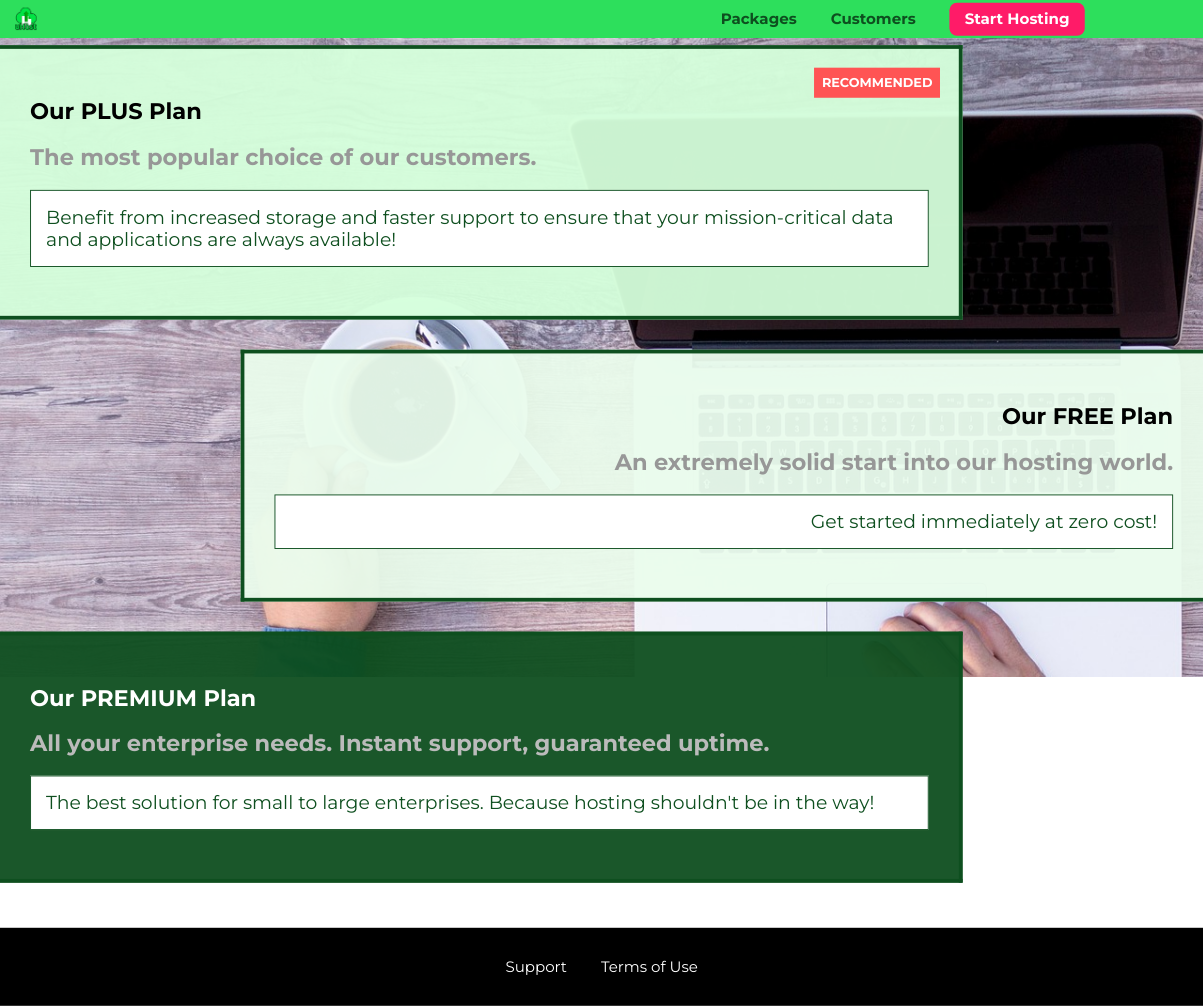
Repository: Nowacki97PL/UdemyCSS
Page: packages/index.html
These files come from the project's save history. The page is drawn as it stood at one moment and after the next save; the edit follows.
The browser window is 1280 px wide. The pictures show the whole page, at 94% of full size.

Above is the page before, as saved 2023-11-19 16:37:31.

### packages/index.html
<!DOCTYPE html>
<html lang="en">

<head>
    <meta charset="UTF-8">
    <meta http-equiv="X-UA-Compatible" content="ie=edge">
    <title>uHost</title>
    <link rel="shortcut icon" href="/images/favicon.png">
    <link href="https://fonts.googleapis.com/css?family=Montserrat:400,700" rel="stylesheet">
    <link rel="stylesheet" href="../shared.css">
    <link rel="stylesheet" href="packages.css">
</head>

<body>
    <div class="backdrop"></div>
    <div class="background"></div>
    <header class="main-header">
        <div>
            <a href="../index.html" class="main-header__brand">
                <img src="../images/uhost-icon.png" alt="logo">
            </a>
        </div>
        <nav class="main-nav">
            <ul class="main-nav__items">
                <li class="main-nav__item">
                    <a href="index.html">Packages</a>
                </li>
                <li class="main-nav__item">
                    <a href="../customers/index.html">Customers</a>
                </li>
                <li class="main-nav__item main-nav__item--cta">
                    <a href="../start-hosting/index.html">Start Hosting</a>
                </li>
            </ul>
        </nav>
    </header>
    <nav class="mobile-nav">
        <ul class="mobile-nav__items">
            <li class="mobile-nav__item">
                <a href="packages/index.html">Packages</a>
            </li>
            <li class="mobile-nav__item">
                <a href="customers/index.html">Customers</a>
            </li>
            <li class="mobile-nav__item mobile-nav__item--cta">
                <a href="start-hosting/index.html">Start Hosting</a>
            </li>
        </ul>
    </nav>
    <main>
        <section class="package" id="plus">
            <a href="#">
                <h1 class="package__title">Our PLUS Plan</h1>
                <h2 class="package__badge">RECOMMENDED</h2>
                <h2 class="package__subtitle">The most popular choice of our customers.</h2>
                <p class="package__info">Benefit from increased storage and faster support to ensure that your mission-critical data and applications
                    are always available!</p>
            </a>
        </section>
        <section class="package" id="free">
            <a href="#">
                <h1 class="package__title">Our FREE Plan</h1>
                <h2 class="package__subtitle">An extremely solid start into our hosting world.</h2>
                <p class="package__info">Get started immediately at zero cost!</p>
            </a>
        </section>
        <div class="clearfix"></div>
        <section class="package" id="premium">
            <a href="#">
                <h1 class="package__title">Our PREMIUM Plan</h1>
                <h2 class="package__subtitle">All your enterprise needs. Instant support, guaranteed uptime. </h2>
                <p class="package__info">The best solution for small to large enterprises. Because hosting shouldn't be in the way!</p>
            </a>
        </section>
    </main>
    <footer class="main-footer">
        <nav>
            <ul class="main-footer__links">
                <li class="main-footer__link">
                    <a href="#">Support</a>
                </li>
                <li class="main-footer__link">
                    <a href="#">Terms of Use</a>
                </li>
            </ul>
        </nav>
    </footer>
</body>

</html>

### shared.css
* {
    box-sizing: border-box;
}

body {
    font-family: 'Montserrat', sans-serif;
    margin: 0;
}

::-webkit-scrollbar{
    width: 0
}

.backdrop {
    position: fixed;
    display: none;
    top: 0;
    left: 0;
    z-index: 100;
    width: 100%;
    height: 100%;
    background: rgba(0,0,0,0.5);
}

.main-header {
    width: 100%;
    position: fixed;
    top: 0;
    left: 0;
    background: #2ddf5c;
    padding: 0.5rem 1rem;
    z-index: 1;
}

.main-header > div {
    display: inline-block;
    vertical-align: middle;
}

.toggle-button {
    width: 3rem;
    background: transparent;
    border: none;
    cursor: pointer;
    padding-top: 0;
    padding-bottom: 0;
    vertical-align: middle;
  }

  .toggle-button:focus {
    outline: none;
  }

  .toggle-button__bar {
    width: 100%;
    height: 0.2rem;
    background: black;
    display: block;
    margin: 0.6rem 0;
  }

.main-header__brand {
    color: #0e4f1f;
    text-decoration: none;
    font-weight: bold;
    font-size: 1.5rem;
    height: 1.5rem;
    /* width: 20px; */
    display: inline-block;
    vertical-align: middle;
}

.main-header__brand img {
    height: 100%;
    /* width: 100%; */
}

.main-nav {
    display: inline-block;
    text-align: right;
    width: calc(100% - 122px);
    vertical-align: middle;
}

.main-nav__items {
    margin: 0;
    padding: 0;
    list-style: none;
}

.main-nav__item {
    display: inline-block;
    margin: 0 1rem;
}

.main-nav__item a,
.mobile-nav__item a {
    text-decoration: none;
    color: #0e4f1f;
    font-weight: bold;
    padding: 0.2rem 0;
}

.main-nav__item a:hover,
.main-nav__item a:active {
    color: white;
    border-bottom: 5px solid white;
}

.main-nav__item--cta a,
.mobile-nav__item--cta a {
    color: white;
    background: #ff1b68;
    padding: 0.5rem 1rem;
    border-radius: 8px;
}

.main-nav__item--cta a:hover,
.main-nav__item--cta a:active,
.mobile-nav__item--cta a:hover,
.mobile-nav__item--cta a:active {
    color: #ff1b68;
    background: white;
    border: none;
}

.mobile-nav {
    display: none;
    position: fixed;
    z-index: 101;
    top: 0;
    left: 0;
    background: white;
    width: 80%;
    height: 100vh;
  }

  .mobile-nav__items {
    width: 90%;
    height: 100%;
    list-style: none;
    margin: 10% auto;
    padding: 0;
    text-align: center;
  }

  .mobile-nav__item {
    margin: 1rem 0;
  }

  .mobile-nav__item a {
    font-size: 1.5rem;
  }

.main-footer {
    background: black;
    padding: 2rem;
    margin-top: 3rem;
}

.main-footer__links {
    list-style: none;
    margin: 0;
    padding: 0;
    text-align: center;
}

.main-footer__link {
    display: inline-block;
    margin: 0 1rem;
}

.main-footer__link a {
    color: white;
    text-decoration: none;
}

.main-footer__link a:hover,
.main-footer__link a:active {
    color: #ccc;
}

.button {
    background: #0e4f1f;
    color: white;
    font: inherit;
    border: 1.5px solid #0e4f1f;
    padding: 0.5rem;
    border-radius: 8px;
    font-weight: bold;
    cursor: pointer;
}

.button:hover,
.button:active {
    background: white;
    color: #0e4f1f;
}

.button:focus {
    outline: none;
}

.open {
    display: block !important;
}

### packages/packages.css
main {
    padding-top: 2rem;
}

.background {
    background: url("../images/plans-background.jpg");
    width: 100vw;
    height: 100vh;
    position: fixed;
    z-index: -1;
}

.package {
    width: 80%;
    margin: 1rem 0;
    border: 4px solid #0e4f1f;
    border-left: none;
    position: relative;
}

.package:hover,
.package:active {
    box-shadow: 2px 2px 4px rgba(0,0,0,0.5);
    border-color: #ff5454;
    /* border-color: #ff5454 !important; */
}

.package a {
    text-decoration: none;
    color: inherit;
    display: block;
    padding: 2rem;
}

.package__badge {
    position: absolute;
    top: 0;
    right: 0;
    margin: 1.25rem;
    font-size: 0.85rem;
    color: white;
    background: #ff5454;
    padding: 0.5rem;
}

.package__subtitle {
    color: #979797;
}

.package__info {
    padding: 1rem;
    border: 1px solid #0e4f1f;
    font-size: 1.25rem;
    color: #0e4f1f;
    background: white;
}

.clearfix {
    clear: both;
}

#plus {
    background: rgba(213, 255, 220, 0.95);
}

#free {
    background: rgba(234, 252, 237, 0.95);
    float: right;
    border-right: none;
    border-left: 4px solid #0e4f1f;
    text-align: right;
}

#free:hover,
#free:active {
    border-left-color: #ff5454;
}

#premium {
    background: rgba(14, 79, 31, 0.95);
}

#premium .package__title {
    color: white;
}

#premium .package__subtitle {
    color: #bbb;
}

After the next save:
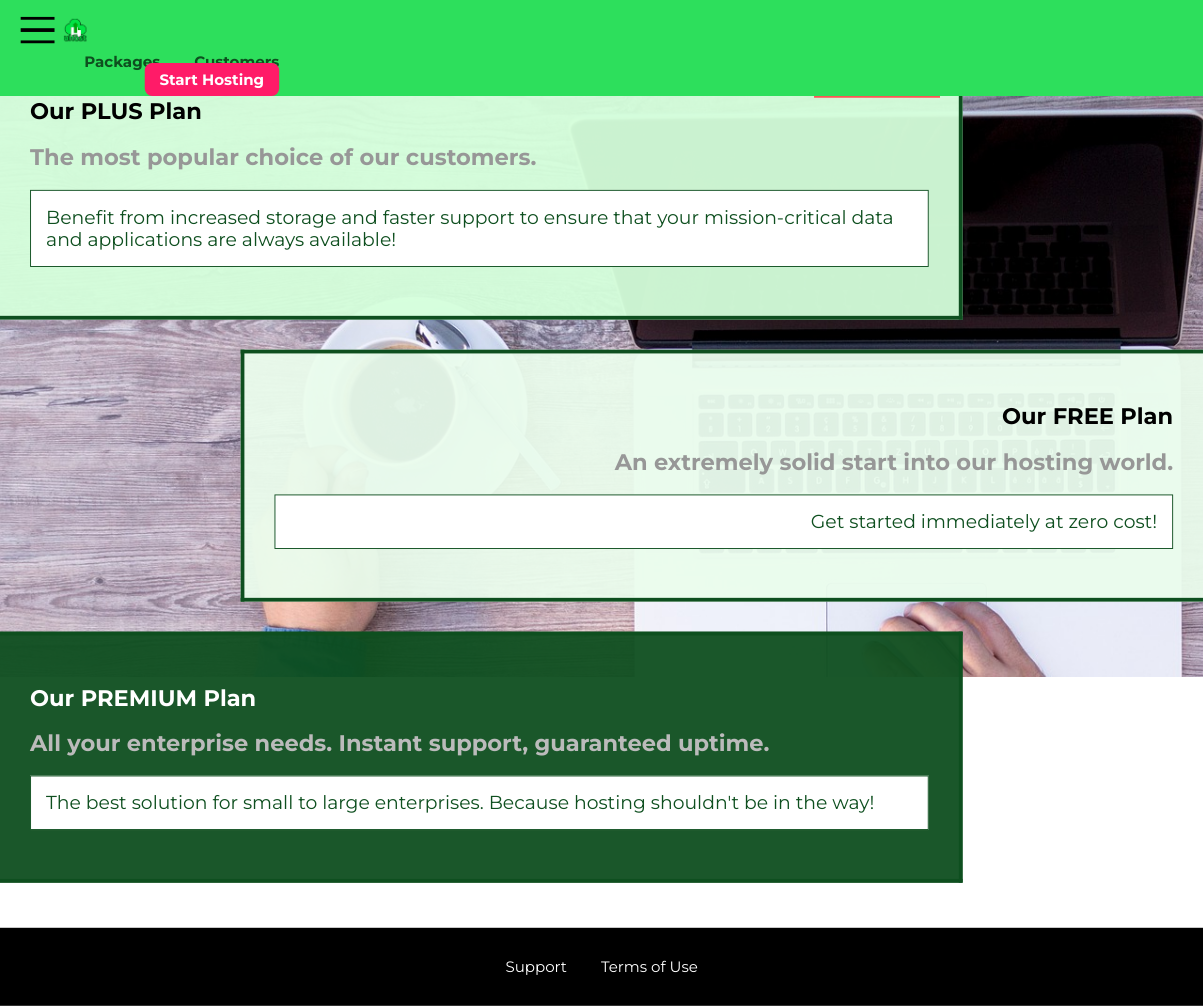
Saved 37 s later.
--- a/packages/index.html
+++ b/packages/index.html
@@ -16,6 +16,12 @@
     <div class="background"></div>
     <header class="main-header">
         <div>
+            <div>
+                <button class="toggle-button">
+                    <span class="toggle-button__bar"></span>
+                    <span class="toggle-button__bar"></span>
+                    <span class="toggle-button__bar"></span>
+                </button>
             <a href="../index.html" class="main-header__brand">
                 <img src="../images/uhost-icon.png" alt="logo">
             </a>
